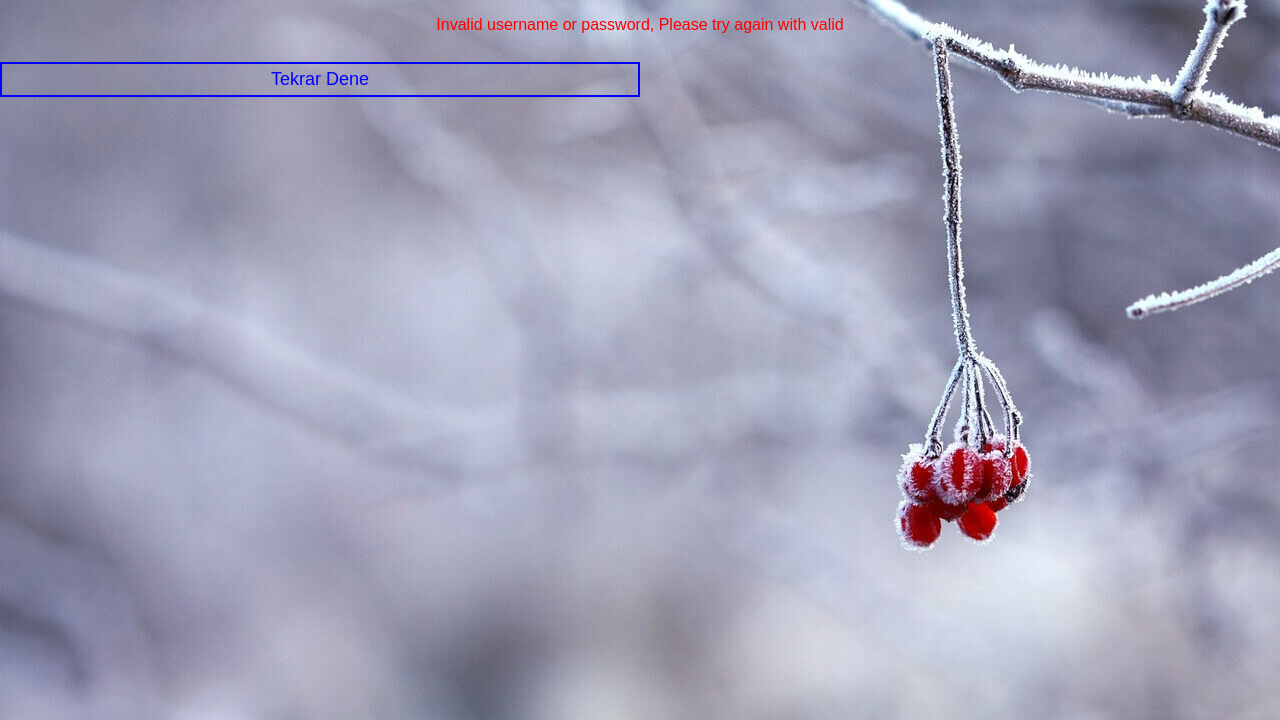
Repository: Berilinanir/Login-Logout-System
Page: Loginn/WebContent/error.html
The author's editor kept a copy of each file at every save. The page is drawn from the files as they stood at one save, then again after the next save.
The browser window is 1280 px wide. The pictures show the whole page.

Above is the page before, as saved 2018-10-14 12:43:35.

After the next save:
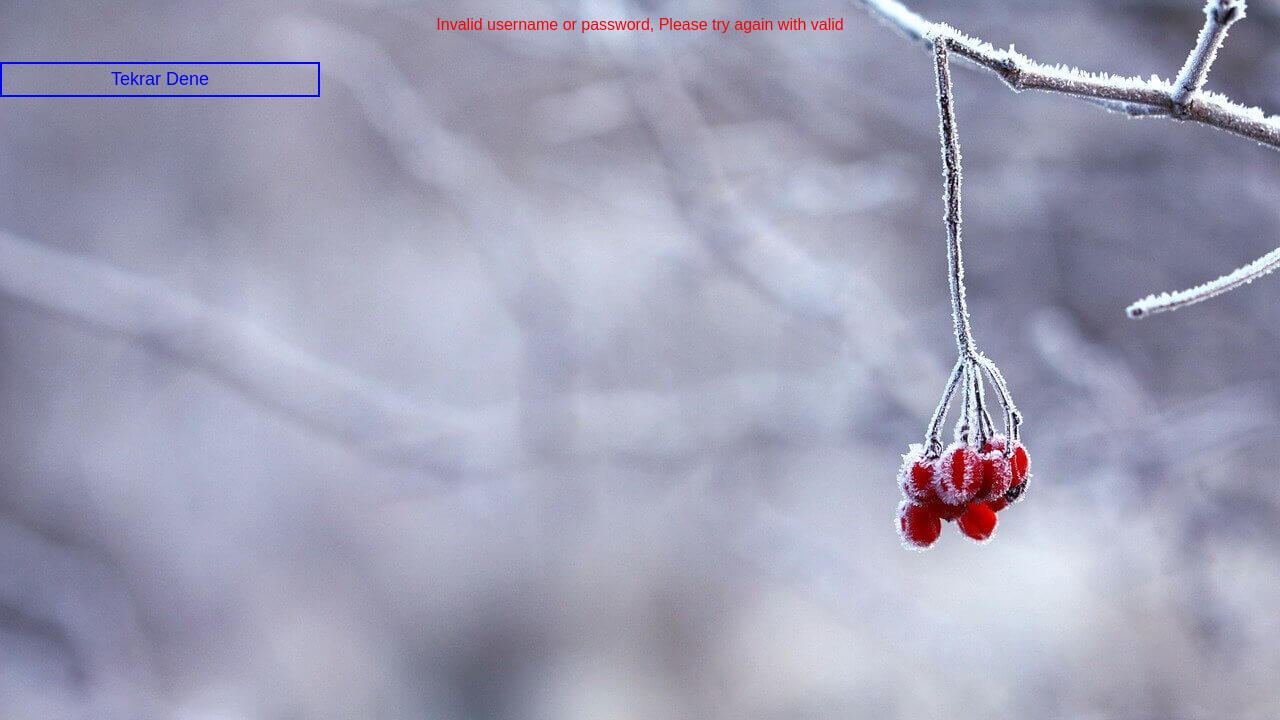
Saved 2 min 16 s later.
--- a/Loginn/WebContent/error.html
+++ b/Loginn/WebContent/error.html
@@ -19,11 +19,11 @@
 <p style="color:red" align="center"  >Invalid username or password, Please try again with valid </p>
 
 
-<input type="button" onClick="location.href='login.html'" value='Tekrar Dene' class="btn" style="color:blue" >
+
 
 
 
 </body>
 
-
+<input type="button" onClick="location.href='login.html'" value='Tekrar Dene' class="btn" style="color:blue" >
 </html>
--- a/Loginn/WebContent/style4.css
+++ b/Loginn/WebContent/style4.css
@@ -13,7 +13,7 @@ body{
 
 .btn{
 
-	width:50%;
+	width:25%;
 	background:none;
 	border:2px solid ;
 	color:white;
@@ -21,5 +21,6 @@ body{
 	font-size:18px;
 	cursor:pointer;
 	margin:12px 0;
+	position:absolute;
 
 }
